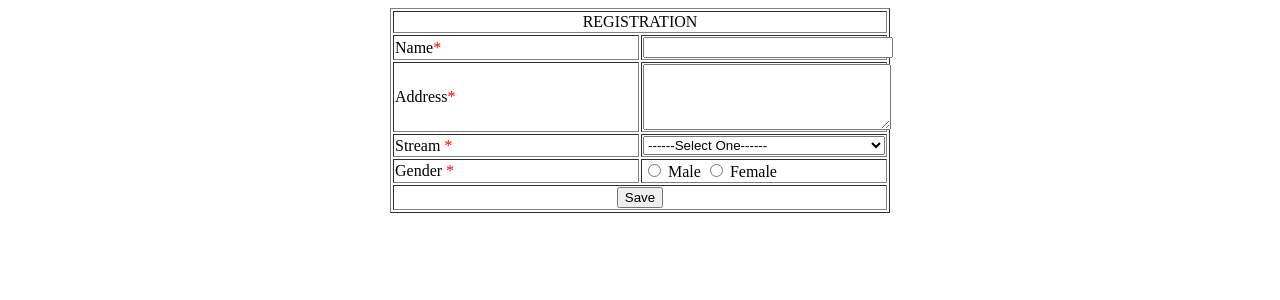
Repository: nsbgit/JavaTutorial
Page: http://localhost/Proj/
The author's editor kept a copy of each file at every save. The page is drawn from the files as they stood at one save, then again after the next save.
The browser window is 1280 px wide. The pictures show the whole page.
The page is served by Tomcat 9.

Above is the page before, as saved 2013-09-29 08:22:02.

### Webel/IDE/2013-09-29/TheSukanta/Proj/WebContent/first.jsp
<%@ page language="java" contentType="text/html; charset=ISO-8859-1"
    pageEncoding="ISO-8859-1"%>
<!DOCTYPE html PUBLIC "-//W3C//DTD HTML 4.01 Transitional//EN" "http://www.w3.org/TR/html4/loose.dtd">
<html>
<head>
<meta http-equiv="Content-Type" content="text/html; charset=ISO-8859-1">
<title>Insert title here</title>
</head>
<body>
	<table border="1" width="500px" align="center">
		<tr>
			<td align="center" colspan="2"> REGISTRATION  </td>
		</tr>
		<tr>
			<td width="50%">Name<font color="red">*</font> </td>
			<td>
				<input type="text" name="sName" id="sName" style="width: 100%">
			</td>
		</tr>
		<tr>
			<td width="50%">Address<font color="red">*</font> </td>
			<td>
				<textarea rows="4" cols="20" name="add" id="add"  style="width: 100%"></textarea>
			</td>
		</tr>
		<tr>
			<td width="50%">Stream <font color="red">*</font> </td>
			<td>
				<select name="stream" id="stream"  style="width: 100%">
					<option value="">------Select One------</option>
					<option value="cse">Computer Science</option>
					<option value="It">Information Technology</option>
					<option value="mca">MCA</option>
				</select>
			</td>
		</tr>
		<tr>
			<td width="50%">Gender <font color="red">*</font> </td>
			<td>
				<input type="radio" name="gen" value="m"> Male
				<input type="radio" name="gen" value="f"> Female
			</td>
		</tr>
		<tr>
			<td colspan="2" align="center">
				<input type="submit" value="Save">
			</td>
		</tr>
	</table>
</body>
</html>

After the next save:
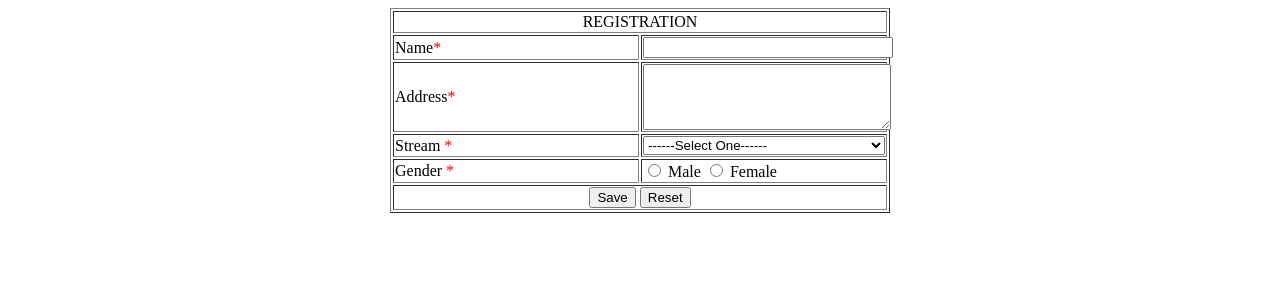
Saved 20 s later.
--- a/Webel/IDE/2013-09-29/TheSukanta/Proj/WebContent/first.jsp
+++ b/Webel/IDE/2013-09-29/TheSukanta/Proj/WebContent/first.jsp
@@ -44,6 +44,7 @@
 		<tr>
 			<td colspan="2" align="center">
 				<input type="submit" value="Save">
+				<input type="reset" value="Reset">
 			</td>
 		</tr>
 	</table>
